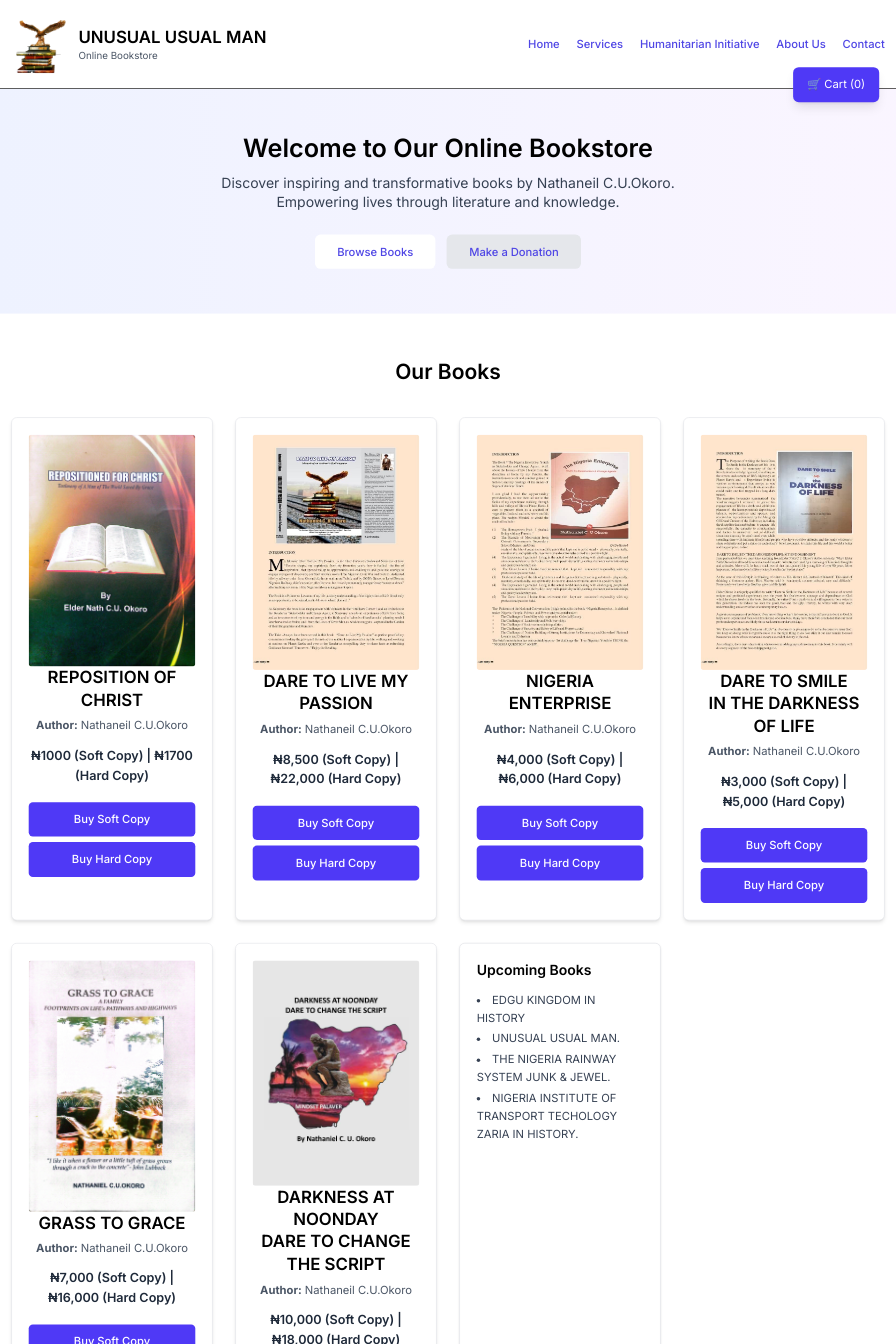
Repository: Rickyy1017/online-bookstore
Page: / (app in frontend/)
The author's editor kept a copy of each file at every save. The page is drawn from the files as they stood at one save, then again after the next save.
The browser window is 1280 px wide. The pictures show the part of the page from y = 0 to 1920 px (the page is 4568 px tall), at 70% of full size.
The project was rebuilt for these pictures with package versions that can differ from the ones it lists, and the page was loaded fresh each time. The framework's server and built-in components were replaced by stand-ins that run in the browser. Also part of the build but not shown: frontend/next.config.ts.

Above is the page before, as saved 2025-10-09 23:52:04.

After the next save:
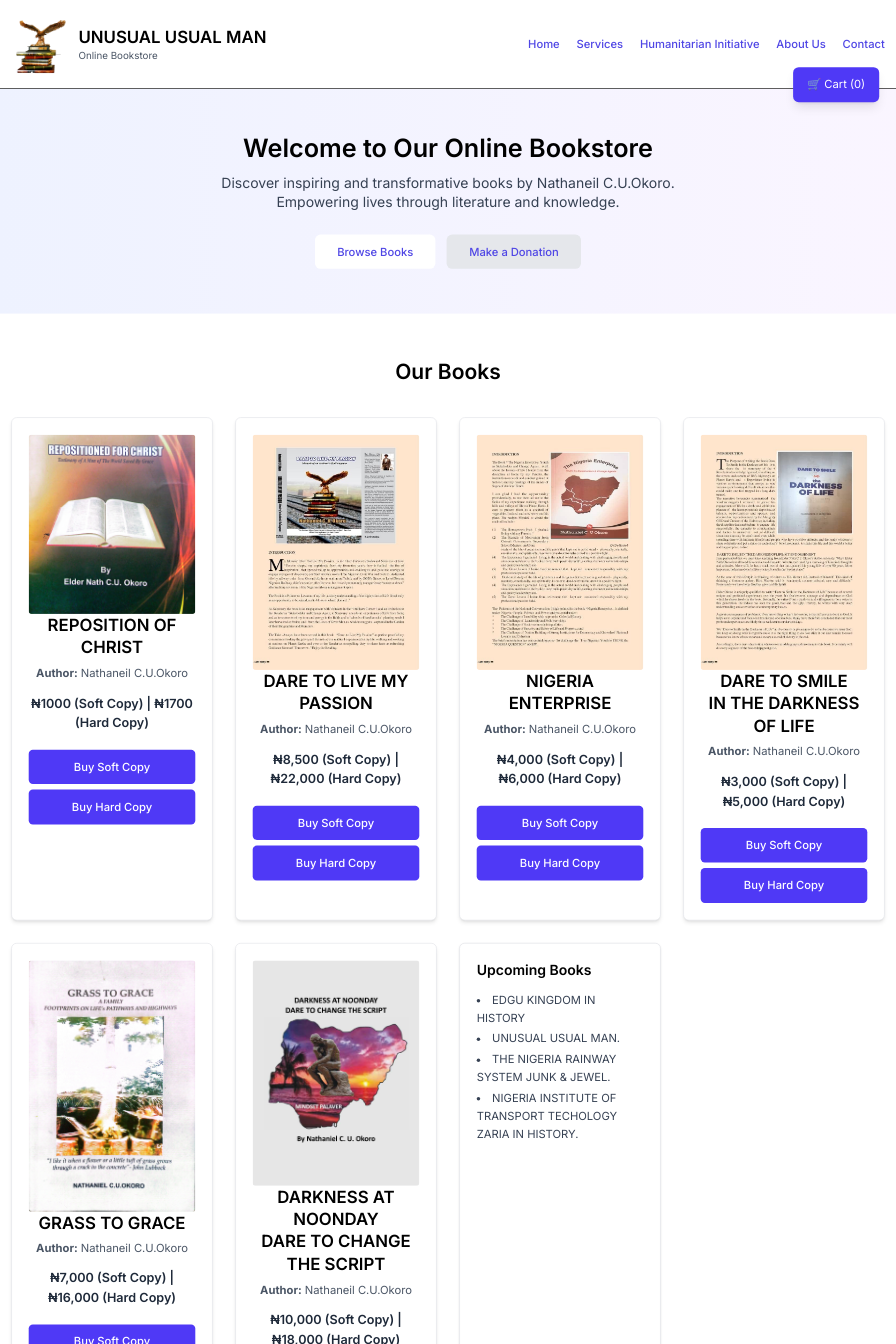
Saved 41 s later.
--- a/frontend/app/page.tsx
+++ b/frontend/app/page.tsx
@@ -73,7 +73,7 @@ export default function Page() {
         <h2 className="text-2xl md:text-3xl font-bold text-center text-gray-900 mb-8 md:mb-12">Our Books</h2>
         <div className="grid grid-cols-1 md:grid-cols-2 lg:grid-cols-3 xl:grid-cols-4 gap-8">
           <div className="bg-white border border-gray-200 rounded-lg p-4 md:p-6 shadow-md">
-            <Image src="/images/rep.jpg" alt="REPOSITION OF CHRIST" width={200} height={300} className="w-full rounded" />
+            <Image src="/images/rep.jpg" alt="REPOSITION OF CHRIST" width={200} height={300} className="w-full h-48 md:h-64 object-cover rounded" />
             <h3 className="text-xl md:text-2xl font-bold text-gray-900 mb-2 text-center">REPOSITION OF CHRIST</h3>
             <p className="text-gray-600 text-center mb-4"><b>Author:</b> Nathaneil C.U.Okoro</p>
             <div className="text-center mb-4 md:mb-6">
